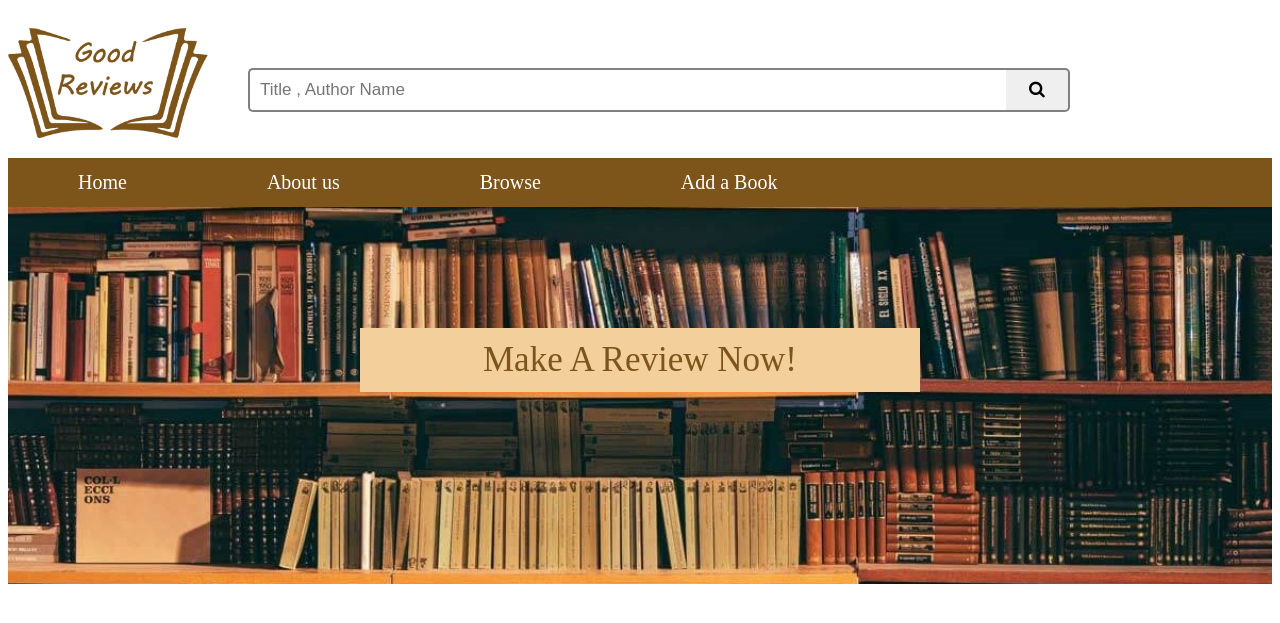
Repository: sesiliafenina/db-project
Page: index.html
These files come from the project's save history. The page is drawn as it stood at one moment and after the next save; the edit follows.
The browser window is 1280 px wide. The pictures show the whole page.

Above is the page before, as saved 2020-12-06 14:23:38.
Console error: SyntaxError: Cannot use import statement outside a module

After the next save:
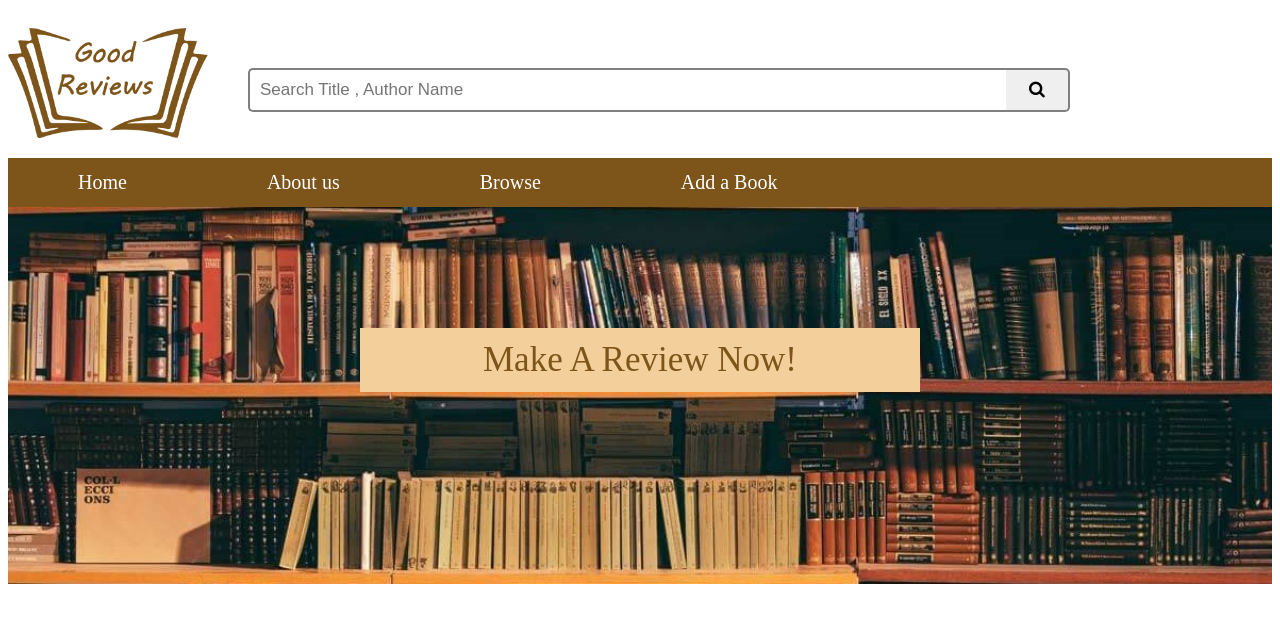
Saved 8 s later.
--- a/index.html
+++ b/index.html
@@ -17,7 +17,7 @@
         <input
           id="search-query"
           type="text"
-          placeholder="Title , Author Name"
+          placeholder="Search Title , Author Name"
           name="search"
         />
         <button class="search" type="submit" onclick="nextPage()">
